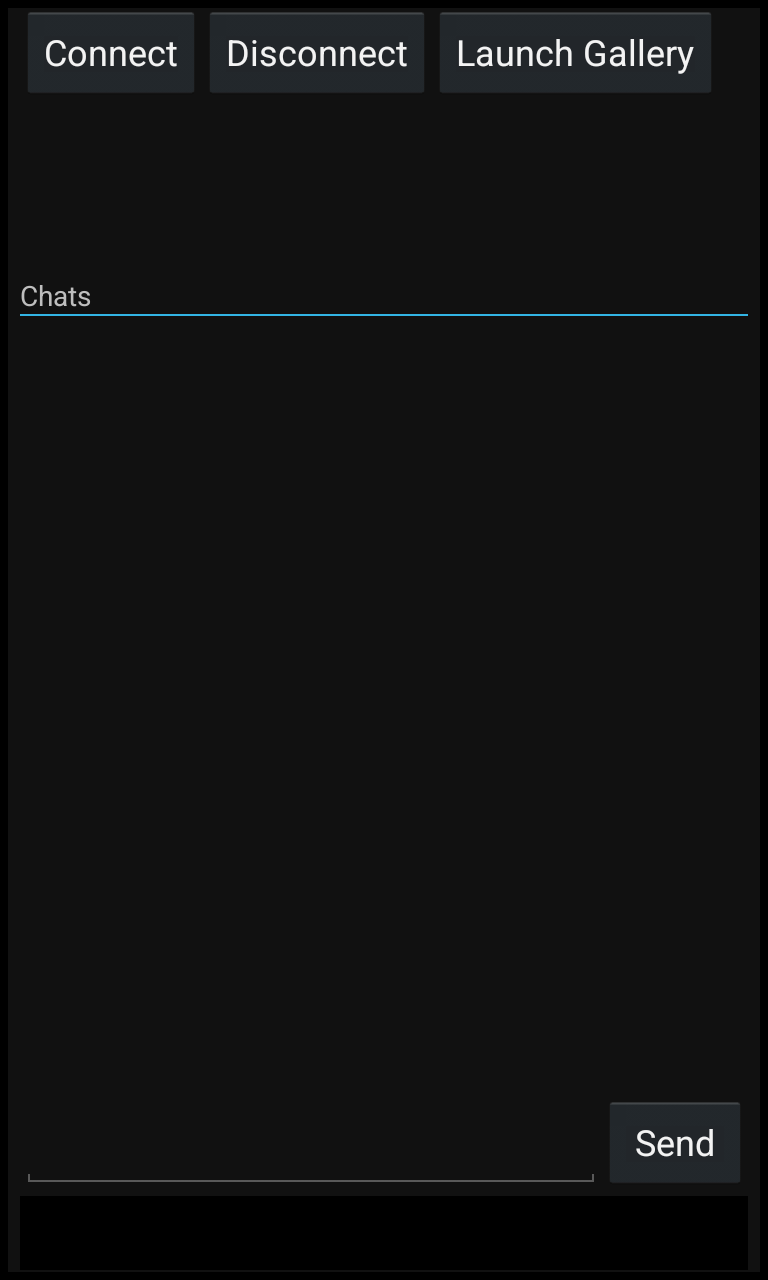
Repository: flyingbuffalo/AndroidTest
Layout: WiFiDirectDemo/res/layout/device_detail.xml
An editor plug-in stored every save of this project. The layout is shown before and after the next save, followed by the edit.
It is drawn on a 768 x 1280 px phone screen (xhdpi) without system bars, with theme android:Theme.Holo; the app's code is not run. Lists and similar views that code fills are empty.

Above is the layout before, as saved 2014-08-05 13:24:44.

After the next save:
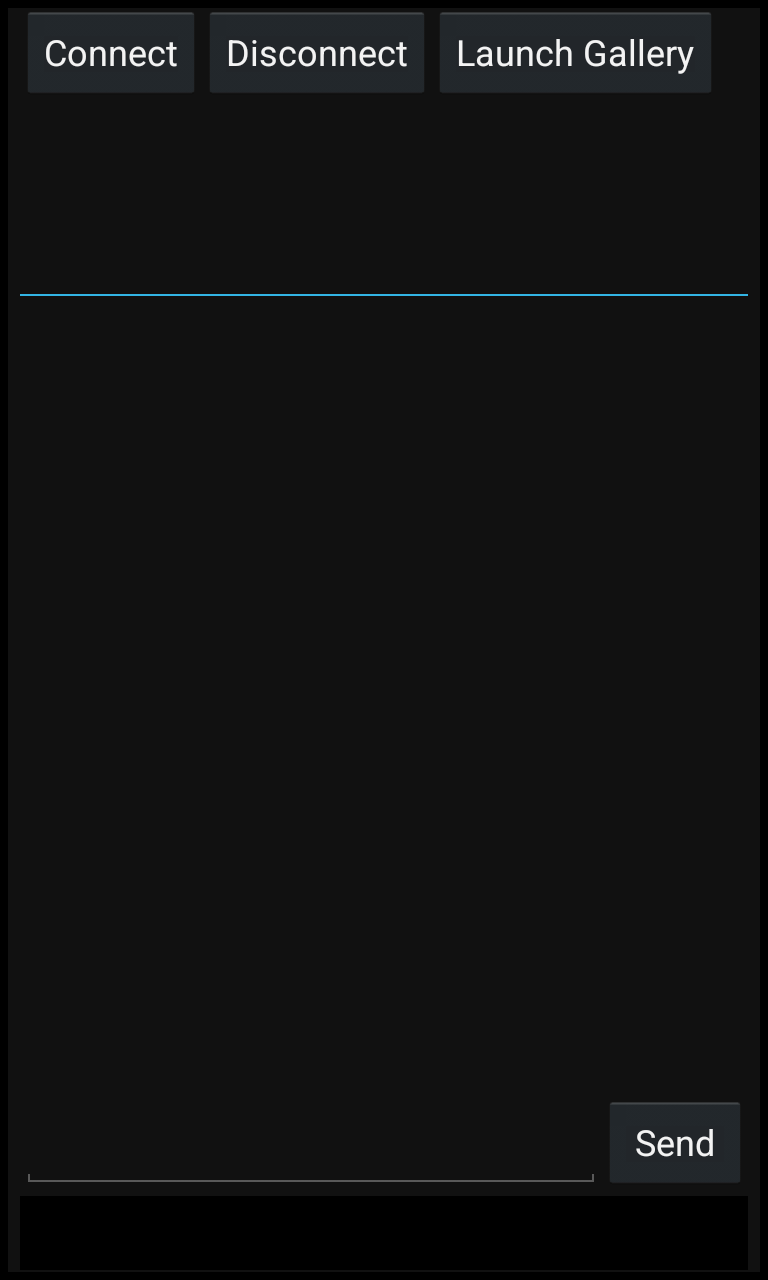
Saved 13 min 52 s later.
--- a/WiFiDirectDemo/res/layout/device_detail.xml
+++ b/WiFiDirectDemo/res/layout/device_detail.xml
@@ -37,29 +37,35 @@
                 android:text="@string/get_file_button"
                 android:visibility="visible" />
         </LinearLayout>
-        <TextView
-            android:id="@+id/device_address"
+
+        <LinearLayout
+            android:orientation="horizontal"
             android:layout_width="match_parent"
-            android:layout_height="wrap_content" />
-        <TextView
-            android:id="@+id/device_info"
-            android:layout_width="match_parent"
-            android:layout_height="wrap_content" />
-        <TextView
-            android:id="@+id/group_owner"
-            android:layout_width="match_parent"
-            android:layout_height="wrap_content" />
-        <TextView
-            android:id="@+id/group_ip"
-            android:layout_width="match_parent"
-            android:layout_height="wrap_content" />
+            android:layout_height="wrap_content">
+	        <TextView
+	            android:id="@+id/device_address"
+	            android:layout_width="match_parent"
+	            android:layout_height="wrap_content" />
+	        <TextView
+	            android:id="@+id/device_info"
+	            android:layout_width="match_parent"
+	            android:layout_height="wrap_content" />
+	        <TextView
+	            android:id="@+id/group_owner"
+	            android:layout_width="match_parent"
+	            android:layout_height="wrap_content" />
+	        <TextView
+	            android:id="@+id/group_ip"
+	            android:layout_width="match_parent"
+	            android:layout_height="wrap_content" />
 
-        <TextView
-            android:layout_marginTop="12dp"
-	        android:layout_width="fill_parent"
-	        android:layout_height="wrap_content"
-	        android:gravity="center_vertical"
-	        android:text="Chats" />
+	        <TextView
+	            android:layout_marginTop="12dp"
+		        android:layout_width="fill_parent"
+		        android:layout_height="wrap_content"
+		        android:gravity="center_vertical"
+		        android:text="Chats" />
+        </LinearLayout>
 
 	    <View
 	        android:layout_width="fill_parent"
